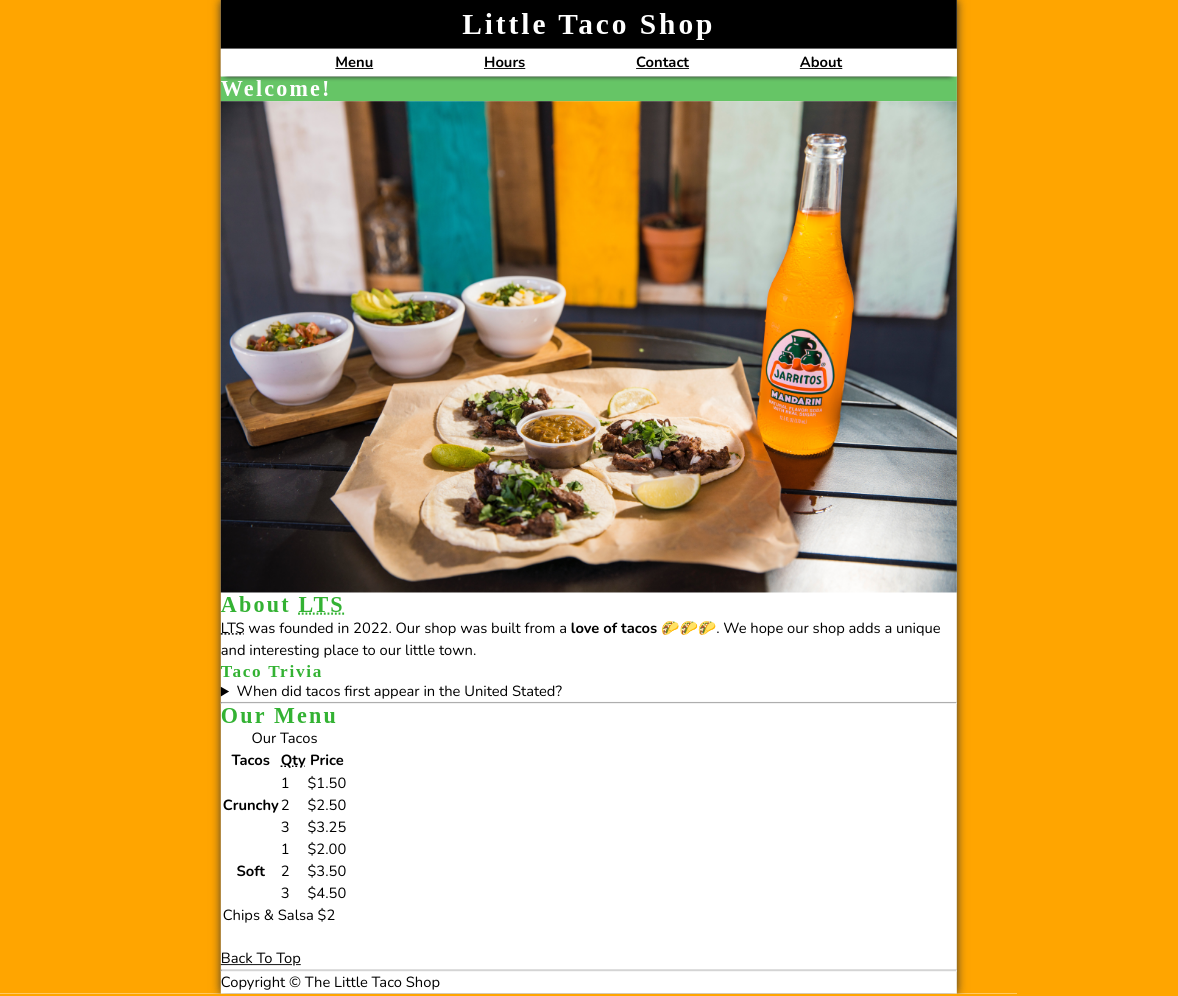
Repository: nabieusuma/Little-taco-shop
Page: index.html
The author's editor kept a copy of each file at every save. The page is drawn from the files as they stood at one save, then again after a run of saves.
The browser window is 1280 px wide. The pictures show the whole page, at 92% of full size.
Some web fonts or font styles are not loaded; a fallback is used.

Above is the page before, as saved 2026-05-06 14:02:49.

### index.html
<!doctype html>
<html lang="en">
  <head>
    <meta charset="UTF-8" />
    <meta name="viewport" content="width=device-width, initial-scale=1.0" />
    <meta name="author" content="Nabieu suma" />
    <meta
      name="description"
      content="The official website for The Little Taco Shop"
    />
    <title>The Little Taco Shop</title>
    <link rel="icon" href="favicon.ico" type="image/x-icon" />
    <link rel="stylesheet" href="style.css" />
  </head>

  <body>
    <header class="header">
      <h1 class="header__h1"> Little Taco Shop</h1>
      <nav class="header__nav">
        <ul class="header__ul">
          <li>
            <a href="#menu"> Menu</a>
          </li>
          <li>
            <a href="hours.html"> Hours</a>
          </li>
          <li>
            <a href="contact.html">Contact</a>
          </li>

          <li>
            <a href="about.html">About</a>
          </li>
        </ul>
      </nav>
    </header>

    <section class="hero">
      <h2 class="hero__h2">Welcome!</h2>
      <figure>
        <img
          src="./Images/tacos_and_drink_1000x667.png"
          alt="Tacos and a Drink"
          title="We love tacos!"
          width="1000"
          height="667"
        />
        <figcaption class="offscreen">Tacos and a Drink</figcaption>
      </figure>
    </section>
    <main>
      <article id="about">
        <h2>About <abbr title="The Little Taco Shop">LTS</abbr></h2>
        <p>
          <abbr title="The Little Taco Shop">LTS</abbr> was founded in
          <time datetime="2022">2022</time>. Our shop was built from a
          <strong>love of tacos</strong> 🌮🌮🌮. We hope our shop adds a unique
          and interesting place to our little town.
        </p>
        <aside>
          <h3>Taco Trivia</h3>
          <details>
            <summary>When did tacos first appear in the United Stated?</summary>
            <p>
              Jeffrey M. Pilcher, taco historian and professor of history at the
              University of Minnesota, says the earliest mention of tacos in the
              United States are in a newspaper from
              <time datetime="1905">1905</time>. (Source:
              <cite
                ><a
                  href="https://www.smithsonianmag.com/arts-culture/where-did-the-taco-come-from-81228162/"
                  target="_blank"
                  >Smithsonian Magazine</a
                ></cite
              >)
            </p>
          </details>
        </aside>
      </article>
      <hr />
      <article id="menu">
        <h2>Our Menu</h2>
        <table>
          <caption>
            Our Tacos
          </caption>
          <thead>
            <tr>
              <th>Tacos</th>
              <th scope="col"><abbr title="Quantity">Qty</abbr></th>
              <th scope="col">Price</th>
            </tr>
          </thead>
          <tbody>
            <tr>
              <th scope="row" rowspan="3">Crunchy</th>
              <td>1</td>
              <td>$1.50</td>
            </tr>
            <tr>
              <td>2</td>
              <td>$2.50</td>
            </tr>
            <tr>
              <td>3</td>
              <td>$3.25</td>
            </tr>
            <tr>
              <th scope="row" rowspan="3">Soft</th>
              <td>1</td>
              <td>$2.00</td>
            </tr>
            <tr>
              <td>2</td>
              <td>$3.50</td>
            </tr>
            <tr>
              <td>3</td>
              <td>$4.50</td>
            </tr>
          </tbody>
          <tfoot>
            <tr>
              <td colspan="3">Chips &amp; Salsa $2</td>
            </tr>
          </tfoot>
        </table>
        <br />
        <p>
          <a href="#">Back To Top</a>
        </p>
      </article>
    </main>
    <hr />
    <footer>
      <p>Copyright &copy; The Little Taco Shop</p>
    </footer>
  </body>
</html>

### style.css
@import url("https://fonts.googleapis.com/css2?family=Fraunces:ital,opsz,wght@0,9..144,100..900;1,9..144,100..900&family=Hanken+Grotesk:ital,wght@0,100..900;1,100..900&family=Kumbh+Sans:wght,YOPQ@100..900,300&family=Montserrat:ital,wght@0,100..900;1,100..900&family=Nunito:ital,wght@0,200..1000;1,200..1000&family=Outfit:wght@100..900&family=Red+Hat+Display:ital,wght@0,300..900;1,300..900&family=Roboto:ital,wght@0,100..900;1,100..900&family=Work+Sans:ital,wght@0,100..900;1,100..900&display=swap");

@import url("https://fonts.googleapis.com/css2?family=Fraunces:ital,opsz,wght@0,9..144,100..900;1,9..144,100..900&family=Fugaz+One&family=Hanken+Grotesk:ital,wght@0,100..900;1,100..900&family=Kumbh+Sans:wght,YOPQ@100..900,300&family=Montserrat:ital,wght@0,100..900;1,100..900&family=Nunito:ital,wght@0,200..1000;1,200..1000&family=Outfit:wght@100..900&family=Red+Hat+Display:ital,wght@0,300..900;1,300..900&family=Roboto:ital,wght@0,100..900;1,100..900&family=Work+Sans:ital,wght@0,100..900;1,100..900&display=swap");

*,
*::before,
*::after {
  padding: 0;
  margin: 0;
  box-sizing: border-box;
}

img {
  display: block;
  max-width: 100%;
  height: auto;
}

input,
button,
textarea {
  font: inherit;
}

/* || VARIABLES */
:root {
  /* Fonts */
  --FF: "Nunito", sans-serif;
  --FF--HEADINGS: "Fugaz One", cursive;
  --FS: clamp(1rem, 2.2vh, 1.5rem);

  /* COLORS*/
  --BGCOLOR: orange;
  --BGCOLOR-FADE: rgb(252, 220, 160);
  --BGIMAGE: linear-gradiant(
    to buttom,
    var(var(var(--BGCOLOR), var(var(--BGCOLOR-FADE))))
  );
  --BODY-BGCOLOR: #fff;
  --FONT-COLOR: #000;
  --BORDER-COLOR: #333;
  --HEIGHLIGHT-COLOR: rgb(51, 178, 51);
  --LINKCOLOR: #000;
  --LINK-HOVER: hsla(0, 0%, 0%, 0.6);
  --LINK-ACTIVE: orange;
  --HEADER-BGCOLOR: #000;
  --HEADER-COLOR: #fff;
  --NAV-BAGCOLOR: #fff;
  --HERO-BGCOLOR: rgba(51, 178, 51, 0.75);
  --HERO-COLOR: #fff;

  /* BORDERS */
  --BORDERS: 1px solid var(var(--BORDER-COLOR));

  /* STANDARD PADDING */
  --PADDING-TB: 0.25em;
  --PADDING-SIDE: 2.5%;

  /* STANDARD MARGIN */
  --MARGIN: clamp(1em, 2.5vh, 1.5em) 0;
}

/* || UTILITY CLASS */
.offscreen {
  position: absolute;
  left: -10000px;
}

.nowrap {
  white-space: nowrap;
}

.center {
  text-align: center;
}

/*
  GENERAL STYLE
*/
html {
  scroll-behavior: smooth;
  font-size: var(--FS);
  font-family: var(--FF);
  background-color: var(--BGCOLOR);
  background-image: var(--BGIMAGE);
}

body {
  background-color: var(--BODY-BGCOLOR);
  color: var(--FONT-COLOR);
  min-height: 100vh;
  max-width: 800px;
  margin: 0 auto;
  border-left: var(--BORDERS);
  border-right: var(--BORDERS);
  box-shadow: 0 0 10px var(--BORDER-COLOR);
}

h1,
h2,
h3 {
  font-family: var(--FF--HEADINGS);
  letter-spacing: 0.1em;
}

h2,
h3 {
  color: var(--HEIGHLIGHT-COLOR);
}

p {
  line-height: 1.5;
}

a:any-link {
  color: var(--LINKCOLOR);
}

a:hover,
a:focus-visible {
  color: var(--LINK-HOVER);
}

a:active {
  color: var(--LINK-ACTIVE);
}

/* HEADER */
.header {
  position: sticky;
  top: 0;
  z-index: 1;
}

.header__h1 {
  text-align: center;
  background-color: var(--HEADER-BGCOLOR);
  color: var(--HEADER-COLOR);
  padding: var(--PADDING-TB) var(--PADDING-SIDE);
}

.header__nav {
  background-color: var(--NAV-BAGCOLOR);
  border-bottom: var(--BORDERS);
  font-weight: bold;
  box-shadow: 0 6px 5px -5px var(--BORDER-COLOR);
}

.header__ul {
  padding: var(--PADDING-TB) var(--PADDING-SIDE);
  list-style-type: none;
  display: flex;
  justify-content: space-evenly;
  gap: 1rem;
}

.hero {
  position: relative;
}

.hero__h2 {
  background-color: var(--HERO-BGCOLOR);
  color: var(--HERO-COLOR);
  padding: 0.;
}

After the next 2 saves:
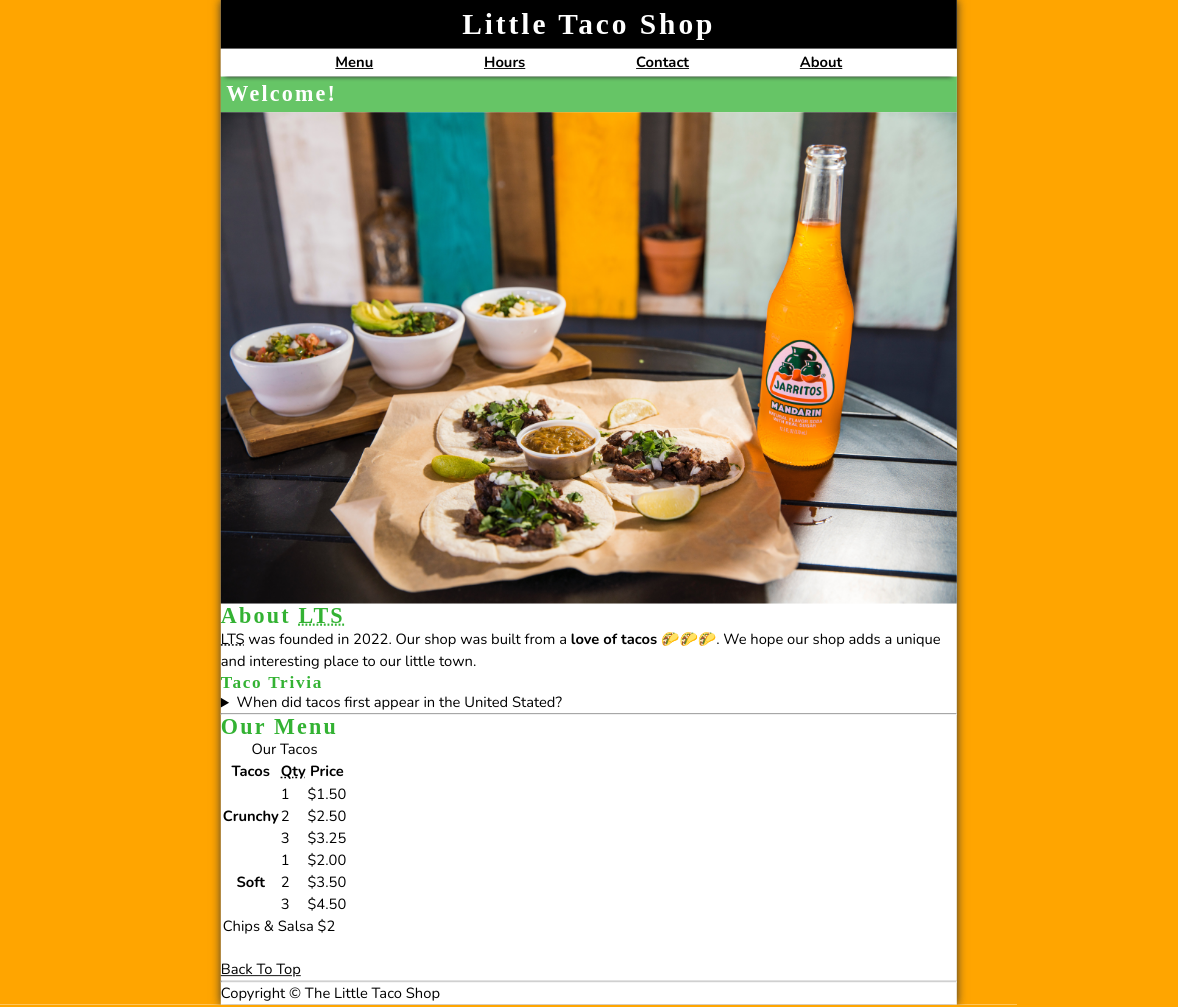
The 2 saves are shown as one change because they came seconds apart.
The last was saved 6 s later.
--- a/style.css
+++ b/style.css
@@ -161,5 +161,5 @@
 .hero__h2 {
   background-color: var(--HERO-BGCOLOR);
   color: var(--HERO-COLOR);
-  padding: 0.;
+  padding: 0.25em ;
 }

After the 4 saves that followed:
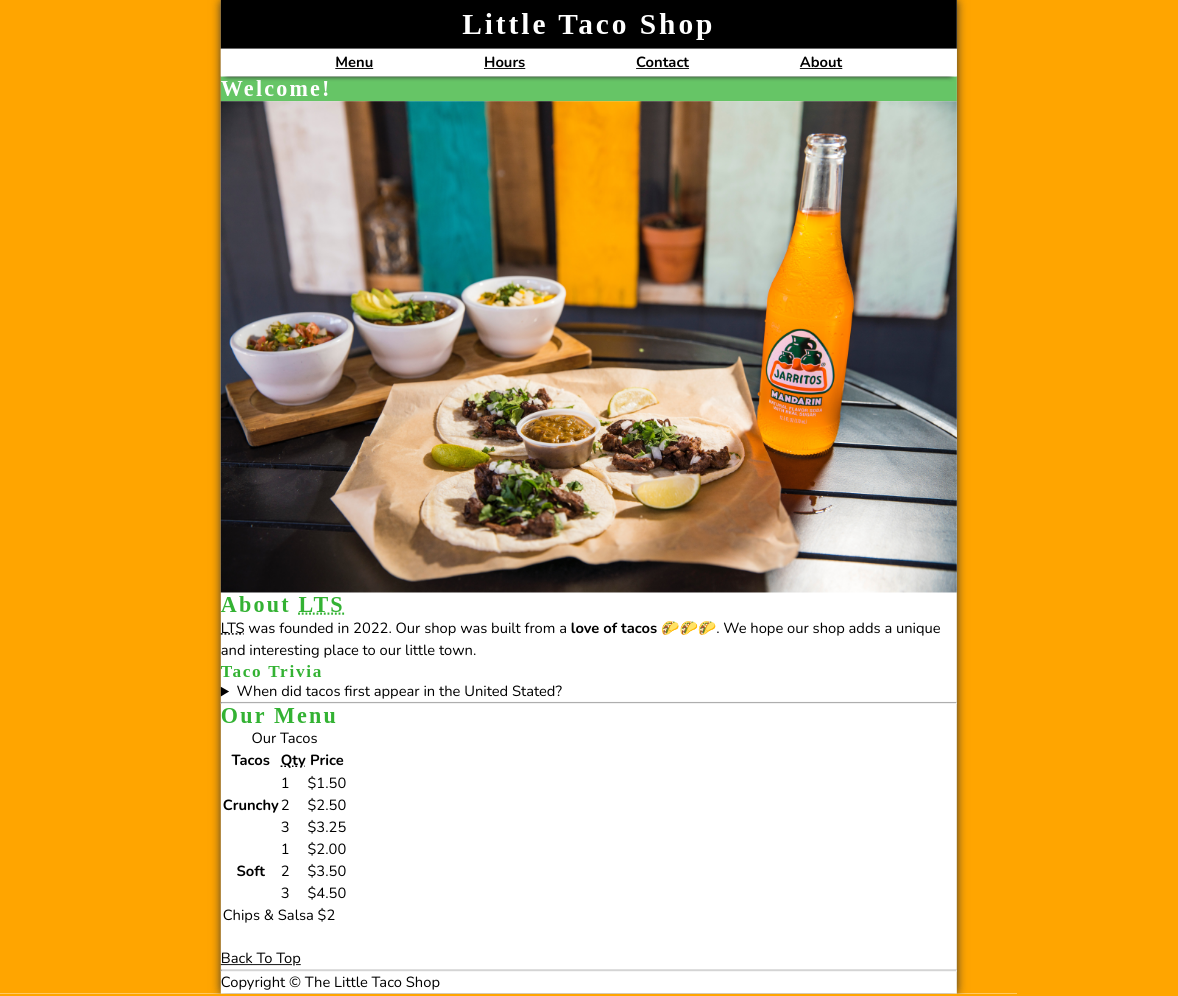
The 4 saves are shown as one change because they came seconds apart.
The last was saved 11 s later.
--- a/style.css
+++ b/style.css
@@ -161,5 +161,5 @@
 .hero__h2 {
   background-color: var(--HERO-BGCOLOR);
   color: var(--HERO-COLOR);
-  padding: 0.25em ;
+  padding: 0.25em 0.;
 }
